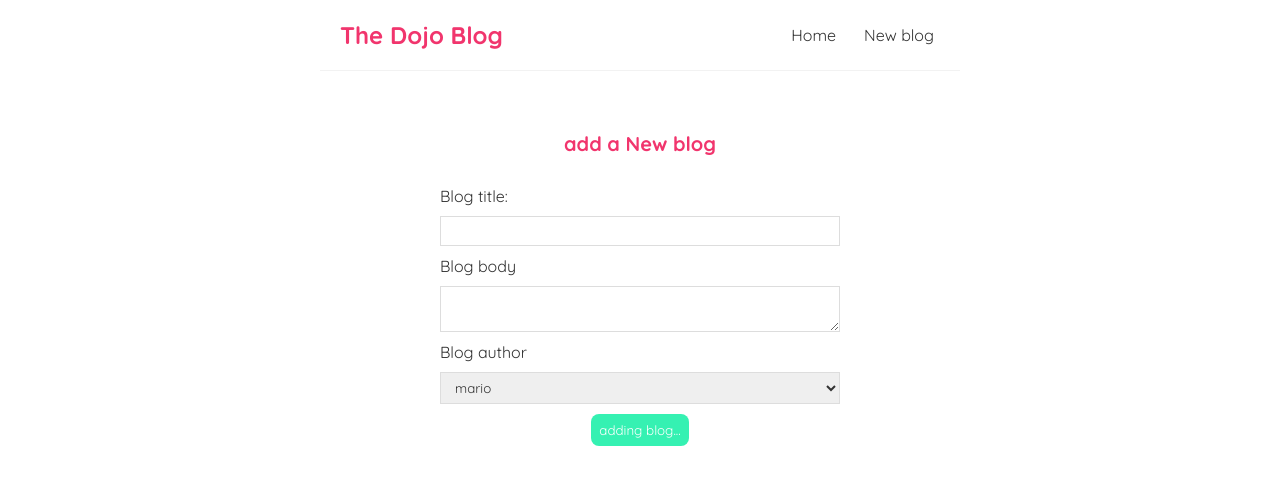
Repository: Samkiroko/full-reacr-ninja
Page: /create
An editor plug-in stored every save of this project. The page is shown before and after the next save, followed by the edit.
The browser window is 1280 px wide. The pictures show the whole page.
The project was rebuilt for these pictures with package versions that can differ from the ones it lists, and the page was loaded fresh each time. Also part of the build but not shown: src/BlogList.js, src/useFetch.js, src/Home.js, src/BlogDetails.js.

Above is the page before, as saved 2021-07-23 17:36:11.

### src/index.css
@import url('https://fonts.googleapis.com/css2?family=Quicksand:wght@300;400;500;600;700&display=swap');

/* base styles */

* {
    margin: 0;
    font-family: 'Quicksand';
    color: #333;
}

.navbar {
    padding: 20px;
    display: flex;
    align-items: center;
    max-width: 600px;
    margin: 0 auto;
    border-bottom: 1px solid #f2f2f2;
}

.navbar h1 {
    color: #f1356d;
}

.navbar .links {
    margin-left: auto;
}

.navbar a {
    margin-left: 16px;
    text-decoration: none;
    padding: 6px;
}

.navbar a:hover {
    color: #f1356d;
}

.content {
    max-width: 600px;
    margin: 40px auto;
    padding: 20px;
}


/* blog previews / list */

.blog-preview {
    padding: 10px 16px;
    margin: 20px 0;
    border-bottom: 1px solid #fafafa;
}

.blog-preview:hover {
    box-shadow: 1px 3px 5px rgba(0, 0, 0, 0.1);
}

.blog-preview h2 {
    font-size: 20px;
    color: #f1356d;
    margin-bottom: 8px;
}

.blog-preview a {
    text-decoration: none;
}


/* blog details page */

.blog-details h2 {
    font-size: 20px;
    color: #f1356d;
    margin-bottom: 10px;
}

.blog-details div {
    margin: 20px 0;
}

.blog-details button {
    background: #f1356d;
    color: #fff;
    border: 0;
    padding: 8px;
    border-radius: 8px;
    cursor: pointer;
}


/* create new blog form */

.create {
    max-width: 400px;
    margin: 0 auto;
    text-align: center;
}

.create label {
    text-align: left;
    display: block;
}

.create h2 {
    font-size: 20px;
    color: #f1356d;
    margin-bottom: 30px;
}

.create input,
.create textarea,
.create select {
    width: 100%;
    padding: 6px 10px;
    margin: 10px 0;
    border: 1px solid #ddd;
    box-sizing: border-box;
    display: block;
}

.create button {
    background: #f1356d;
    color: #fff;
    border: 0;
    padding: 8px;
    border-radius: 8px;
    cursor: pointer;
}

.create__add {
    background: #35f1b2 !important;
    color: #fff;
    border: 0;
    padding: 8px;
    border-radius: 8px;
    cursor: pointer;
}

### src/App.js
import Home from './Home'
import Navbar from './Navbar'
import { BrowserRouter as Router, Route, Switch } from 'react-router-dom'
import Create from './Create'
import BlogDetails from './BlogDetails'

function App() {
  return (
    <Router>
      <div className='App'>
        <Navbar />
        <div className='content'>
          <Switch>
            <Route exact path='/' component={Home} />
            <Route exact path='/create' component={Create} />
            <Route exact path='/blogs/:id' component={BlogDetails} />
          </Switch>
        </div>
      </div>
    </Router>
  )
}

export default App

### src/Navbar.js
import React from 'react'
import { Link } from 'react-router-dom'

const Navbar = () => {
  return (
    <nav className='navbar'>
      <h1>The Dojo Blog</h1>
      <div className='links'>
        <Link to='/'>Home</Link>
        <Link to='/create'>New blog</Link>
      </div>
    </nav>
  )
}

export default Navbar

### src/Create.js
import { useState } from 'react'

const Create = () => {
  const [title, setTitle] = useState('')
  const [body, setBody] = useState('')
  const [author, setAuthor] = useState('mario')
  const [isPending, setIsPending] = useState(false)

  const handleSubmit = (e) => {
    e.preventDefault()
    const blog = { title, body, author }

    fetch(' http://localhost:8000/blogs', {
      method: 'POST',
      headers: { 'Content-Type': 'application/json' },
      body: JSON.stringify(blog),
    }).then(() => {
      setTitle('')
      setBody('')
      setAuthor('mario')
    })
  }

  return (
    <div className='create'>
      <h2>add a New blog</h2>
      <form onSubmit={handleSubmit}>
        <label>Blog title:</label>
        <input type='text' required value={title} onChange={(e) => setTitle(e.target.value)} />
        <label>Blog body</label>
        <textarea required value={body} onChange={(e) => setBody(e.target.value)}></textarea>
        <label>Blog author</label>
        <select value={author} onChange={(e) => setAuthor(e.target.value)}>
          <option value='mario'>mario</option>
          <option value='yoshi'>yoshi</option>
        </select>
        {isPending && <button>add blog</button>}
        {!isPending && (
          <button className='create__add' disabled>
            adding blog...
          </button>
        )}
      </form>
    </div>
  )
}

export default Create

Loaded but not shown: public/index.html (common file); src/index.js (common file)

After the next save:
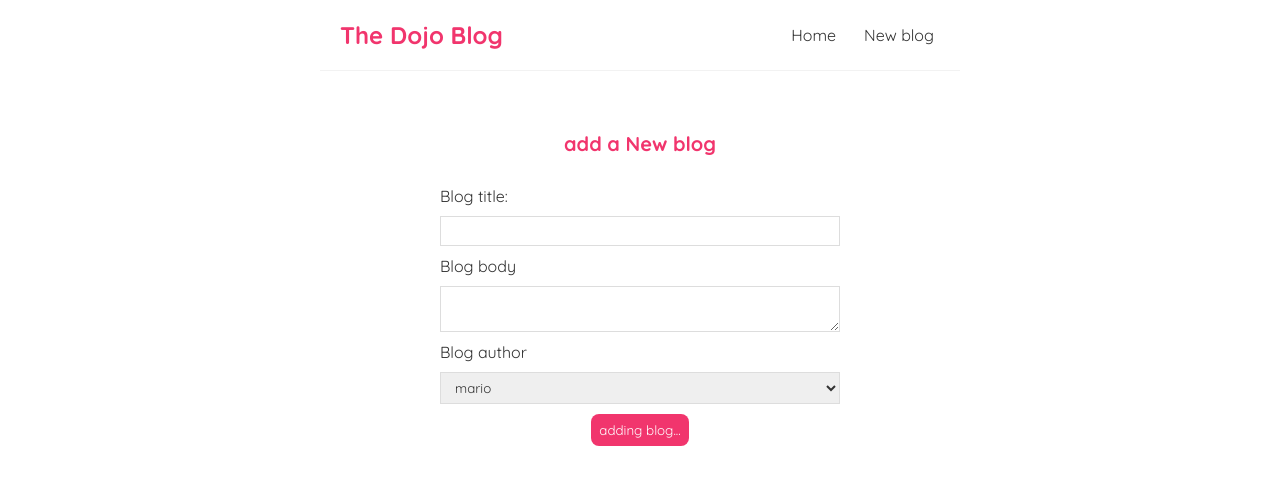
Saved 68 s later.
--- a/src/index.css
+++ b/src/index.css
@@ -125,12 +125,3 @@
     border-radius: 8px;
     cursor: pointer;
 }
-
-.create__add {
-    background: #35f1b2 !important;
-    color: #fff;
-    border: 0;
-    padding: 8px;
-    border-radius: 8px;
-    cursor: pointer;
-}
